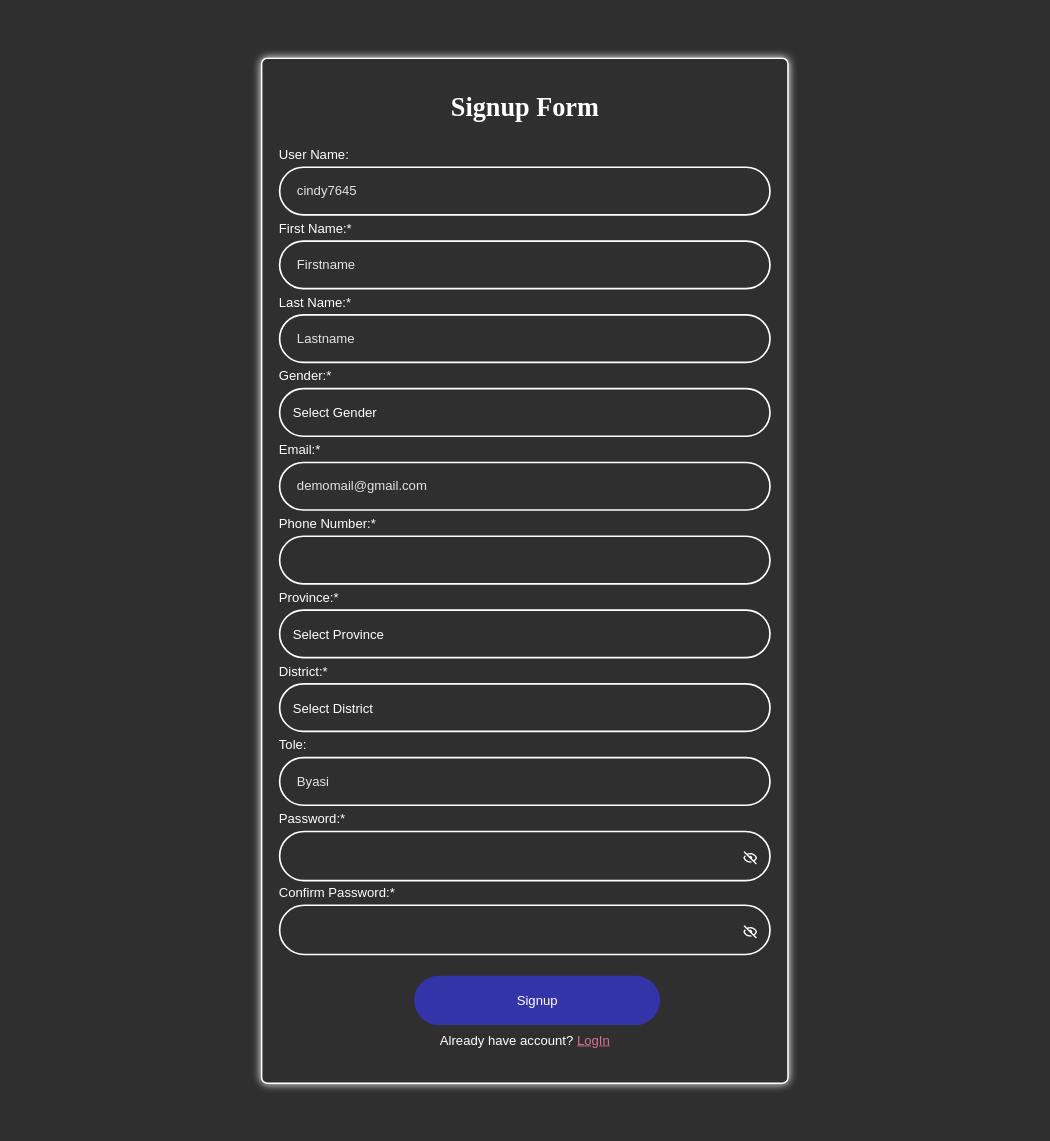
Repository: cindrellakoju/Animestore
Page: html css/signup.html
An editor plug-in stored every save of this project. The page is shown before and after the next save, followed by the edit.
The browser window is 1280 px wide. The pictures show the whole page, at 82% of full size.

Above is the page before, as saved 2024-04-20 12:15:59.

After the next save:
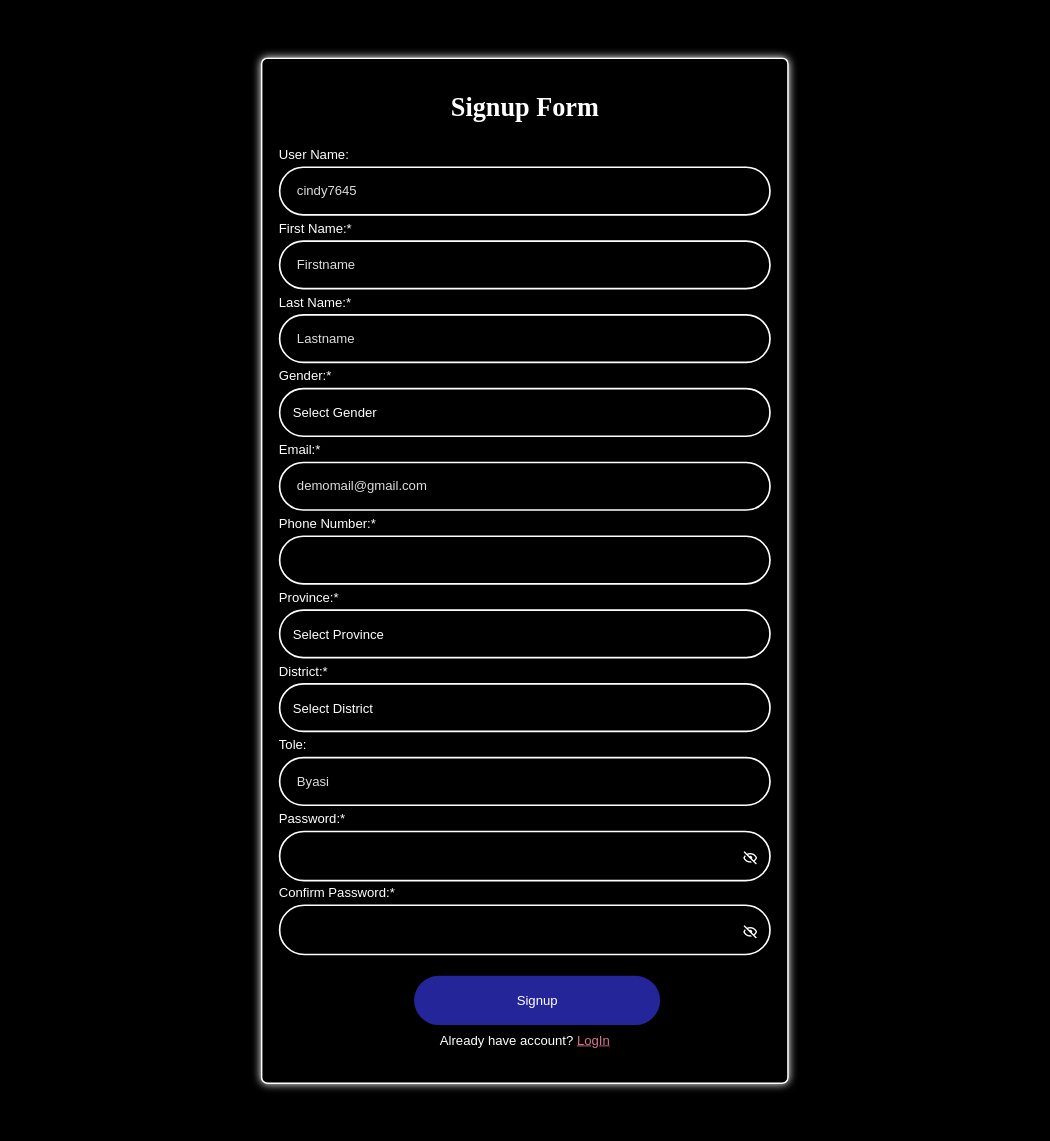
Saved 12 s later.
--- a/html css/signup.css
+++ b/html css/signup.css
@@ -5,7 +5,7 @@
     padding: 20px;
     /* background-color: #f4f4f4; */
     min-height: 100vh;
-    background-color: rgba(0, 0, 0, 0.815);
+    background-color: #000;
   }
 
   .container {

After the save that followed:
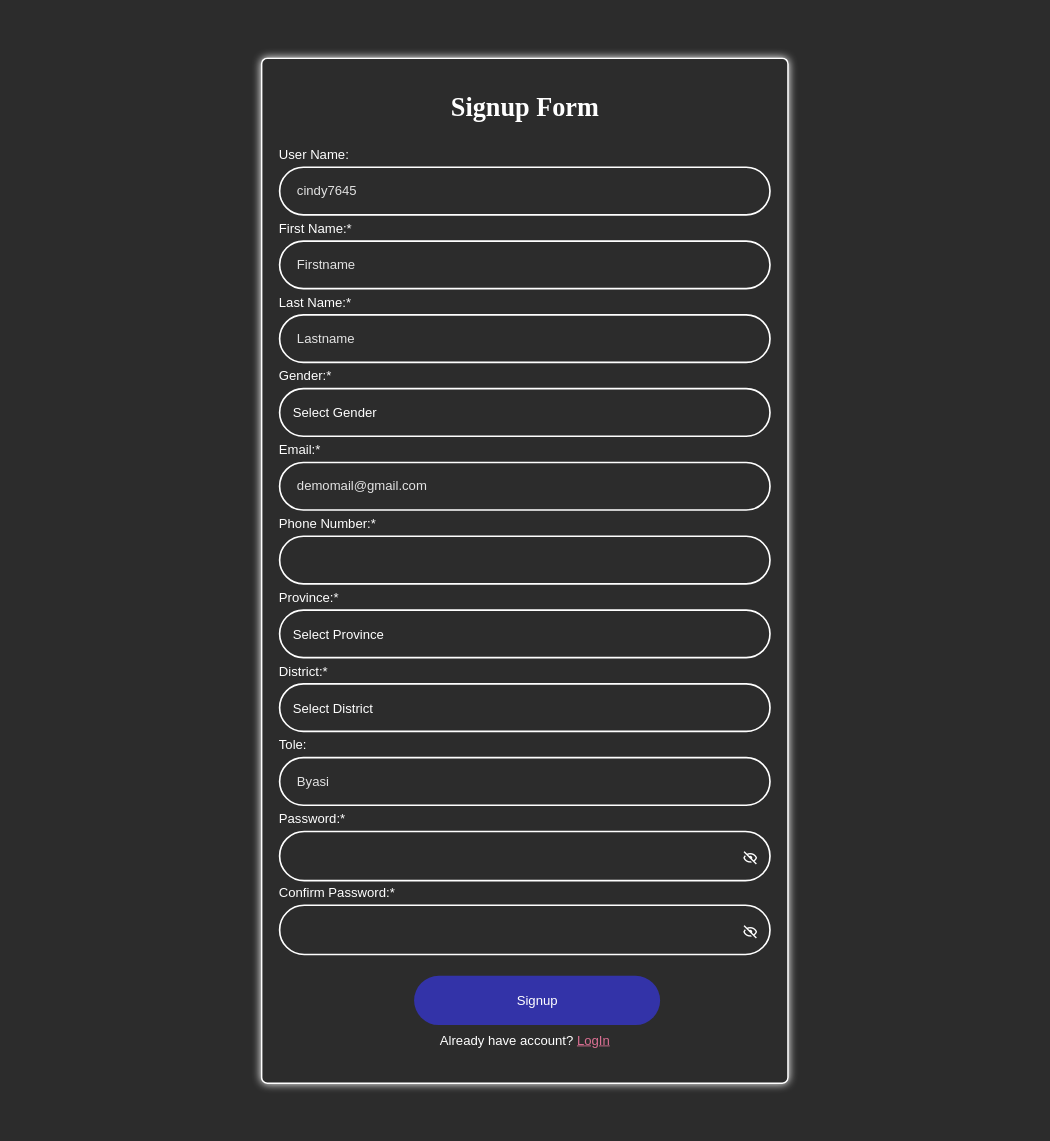
Saved 14 s later.
--- a/html css/signup.css
+++ b/html css/signup.css
@@ -5,7 +5,7 @@
     padding: 20px;
     /* background-color: #f4f4f4; */
     min-height: 100vh;
-    background-color: #000;
+    background-color: #000000d3;
   }
 
   .container {
